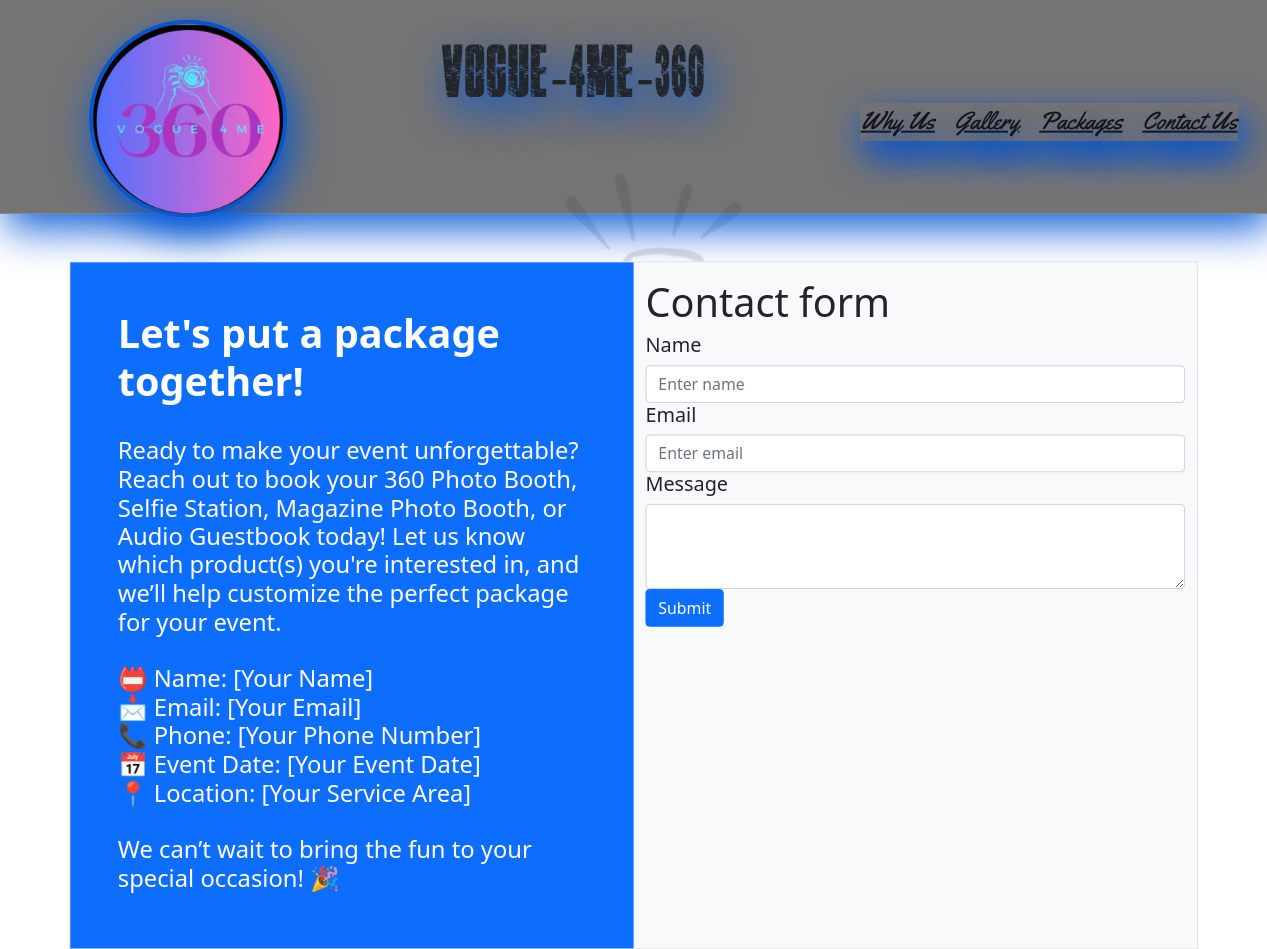
Repository: ErvinClay13/Vogue360-website
Page: contactUs.html
The author's editor kept a copy of each file at every save. The page is drawn from the files as they stood at one save, then again after the next save.
The browser window is 1280 px wide. The pictures show the whole page, at 99% of full size.
Backgrounds fixed to the window are drawn as part of the page.

Above is the page before, as saved 2025-03-06 04:07:18.
Console error: ReferenceError: emailjs is not defined

After the next save:
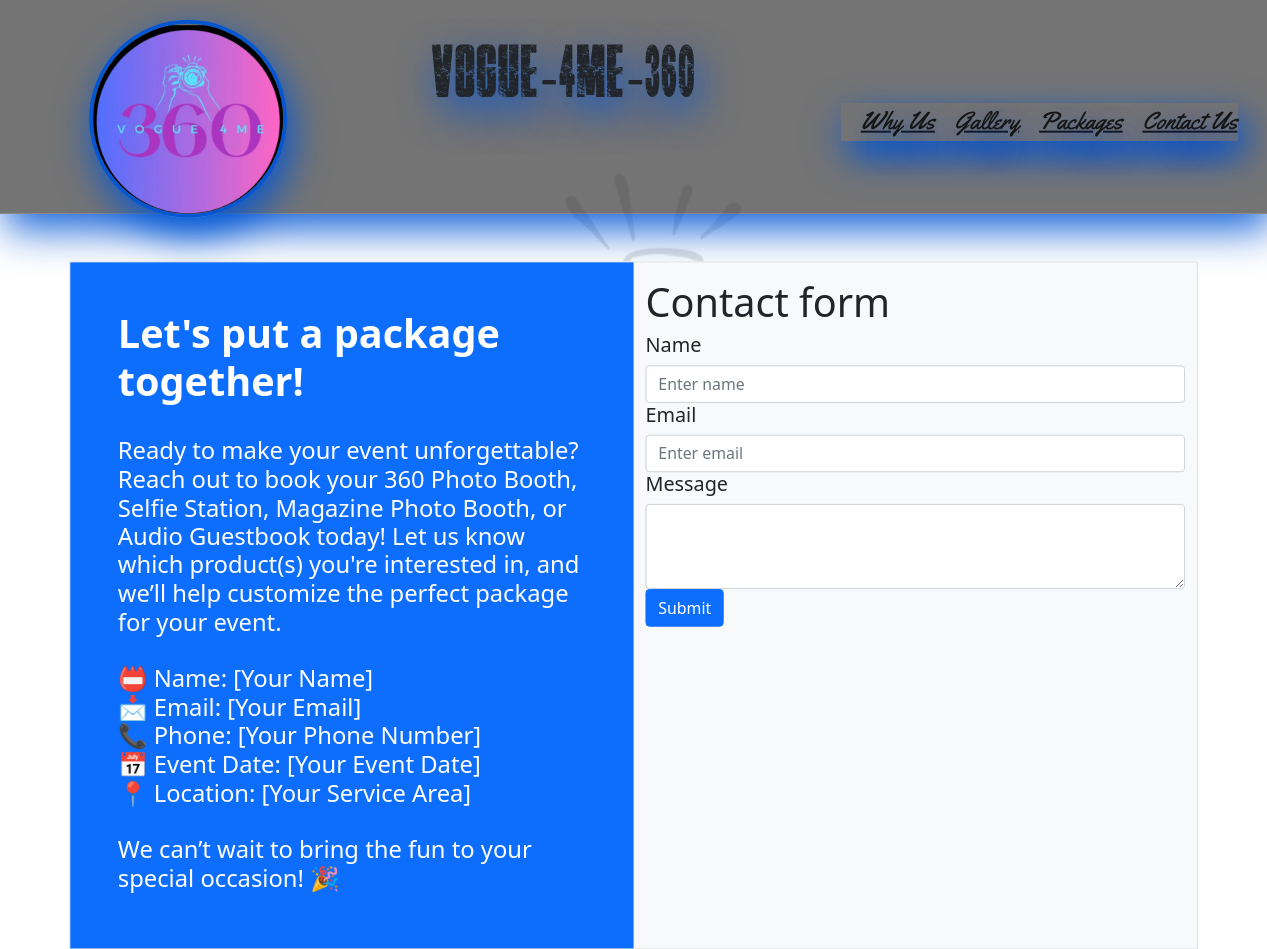
Saved 12 s later.
--- a/contactUs.html
+++ b/contactUs.html
@@ -169,7 +169,7 @@
         </div>
 
         <nav class="link-pages" id="link_pages">
-          <a href="why-us.html">Why Us</a>
+          <h3></h3><a href="why-us.html">Why Us</a>
           <a href="gallery.html">Gallery</a>
           <a href="packages.html">Packages</a>
           <a href="contactUs.html">Contact Us</a>
